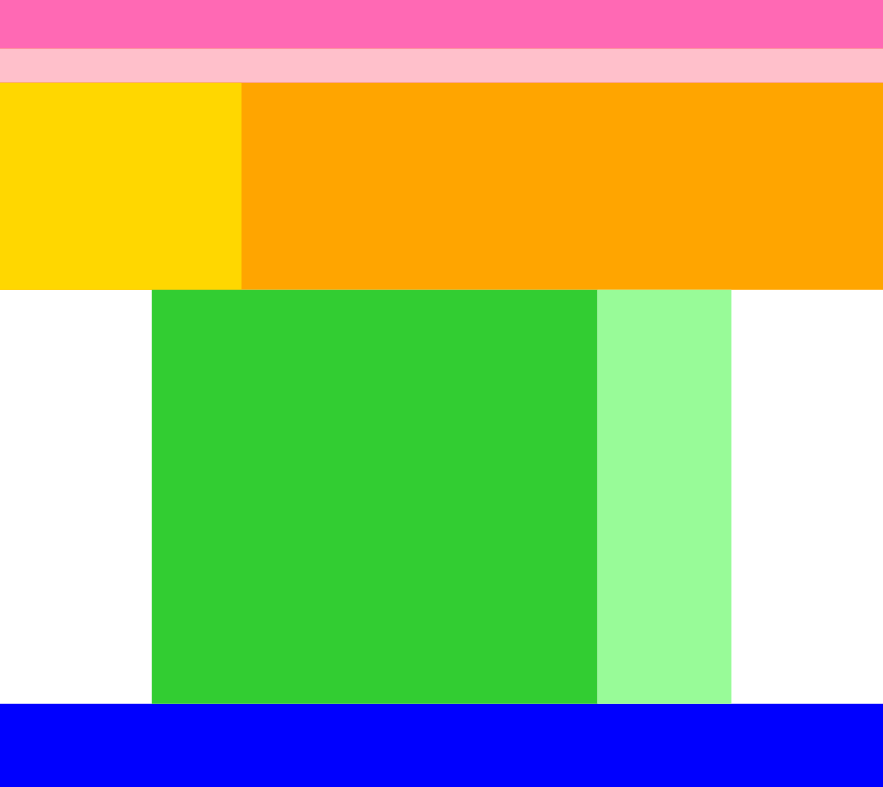
Repository: t-sato-infratop/environment
Page: caravan/index.html
The author's editor kept a record of every edit. The page is drawn from the files as they stood at one moment, then again after the next edit.
The browser window is 1280 px wide. The pictures show the whole page, at 69% of full size.

Above is the page before.

### caravan/index.html
<!DOCTYPE html>
<html lang="ja">
  <head>
    <meta charset="UTF-8" />
    <link rel="stylesheet" href="style.css" />
    <title>CARAVAN</title>
  </head>

  <body>
    <div class="header">
      <div class="header-top"></div>
      <div class="header-bottom"></div>
    </div>
    <div class="main-visual">
      <div class="main-visual-content"></div>
    </div>
    <div class="main">
      <div class="blog"></div>
      <div class="sidebar"></div>
    </div>
    <div class="footer"></div>
  </body>
</html>

### caravan/style.css
* {
  margin: 0;
  padding: 0;
  box-sizing: border-box;
}

.header {
  width: 100%;
  height: 120px;
  background-color: red;
}

.header-top{
width: 100%;
height: 70px;
background-color: hotpink;
}

.header-bottom {
width: 100%;
height: 50px;
background-color: pink;
}

.main-visual {
  width: 100%;
  height: 300px;
  background-color: orange;
}

.main-visual-content {
  width: 350px;
  height: 300px;
  background-color: gold
}

.main {
  width: 840px;
  display: flex;
  justify-content: center;
  margin: 0 auto;
}

.blog {
  width: 800px;
  height: 600px;
  background-color: limegreen;
}

.sidebar {
  width: 240px;
  height: 600px;
  background-color: palegreen;
}

.footer {
  width: 100%;
  height: 120px;
  background-color: blue;
}

After the next edit:
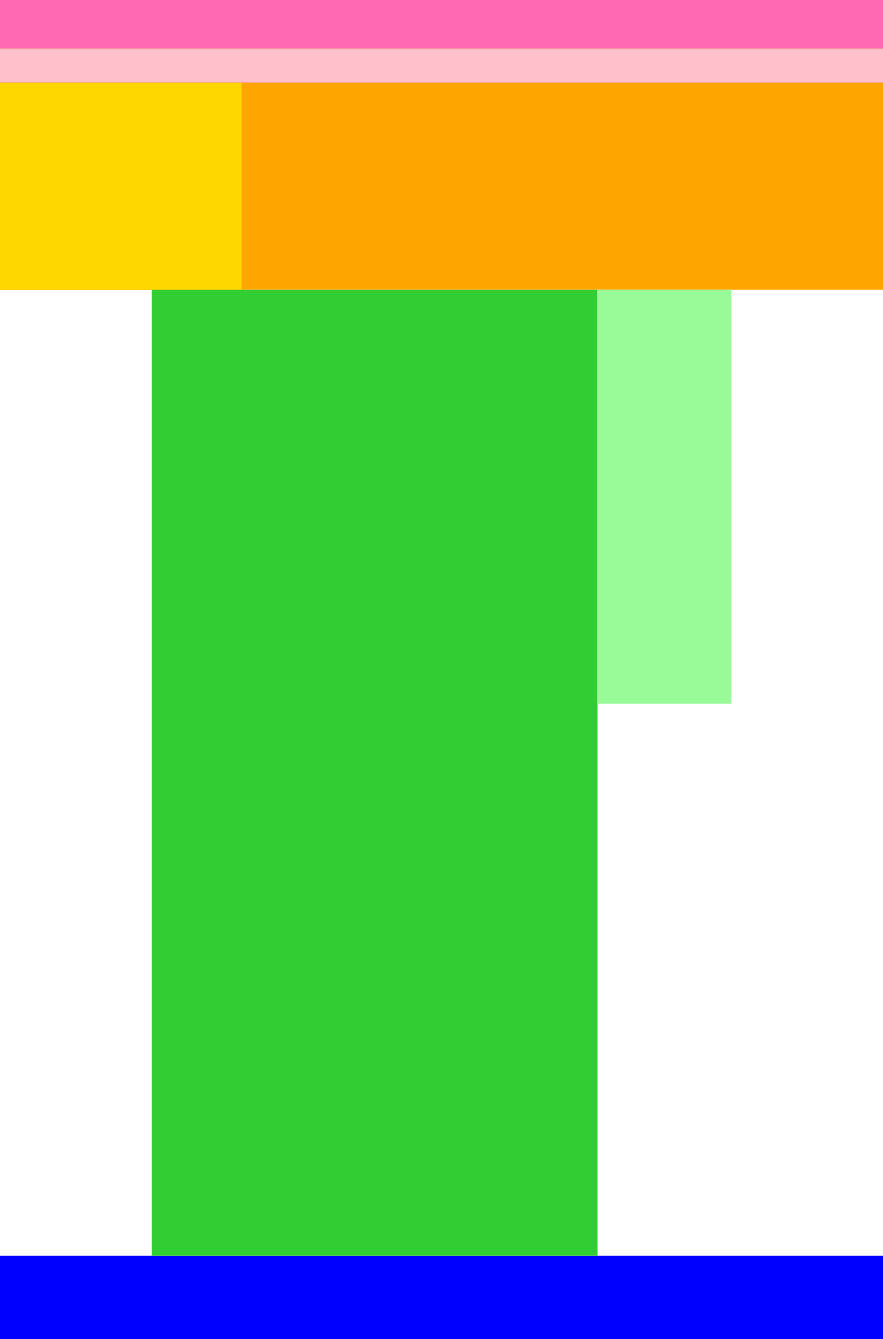
The edit:
--- a/caravan/style.css
+++ b/caravan/style.css
@@ -43,7 +43,7 @@
 
 .blog {
   width: 800px;
-  height: 600px;
+  height: 1400px;
   background-color: limegreen;
 }
 
